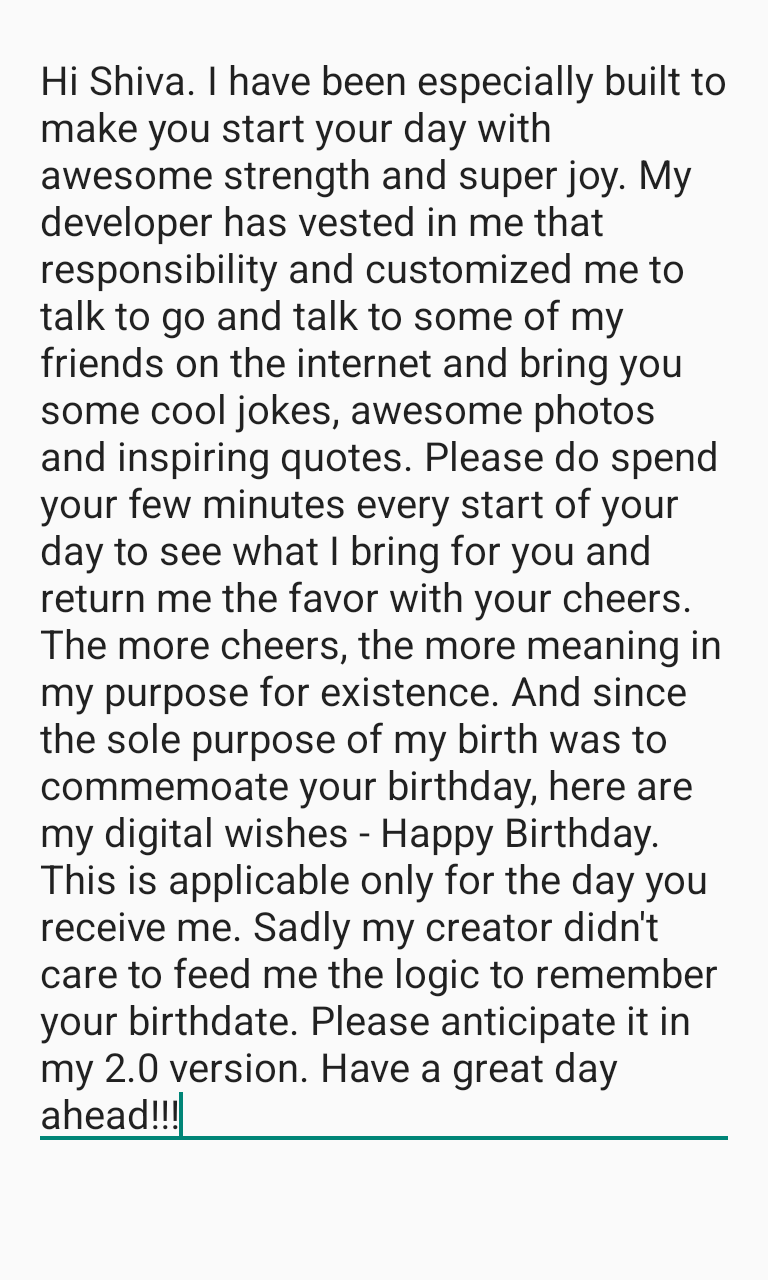
Repository: gitvas/FewMinutesEveryday
Layout: WorkspaceOne/FewMinutesEveryday/res/layout/activity_main.xml
These files come from the project's save history. The layout is drawn as it stood at one moment and after the next save; the edit follows.
It is drawn on a 768 x 1280 px phone screen (xhdpi) without system bars, with theme AppTheme; the app's code is not run.

Above is the layout before, as saved 2014-08-18 16:14:42.

### WorkspaceOne/FewMinutesEveryday/res/layout/activity_main.xml
<RelativeLayout xmlns:android="http://schemas.android.com/apk/res/android"
    xmlns:tools="http://schemas.android.com/tools"
    android:layout_width="match_parent"
    android:layout_height="match_parent"
    android:paddingBottom="@dimen/activity_vertical_margin"
    android:paddingLeft="@dimen/activity_horizontal_margin"
    android:paddingRight="@dimen/activity_horizontal_margin"
    android:paddingTop="@dimen/activity_vertical_margin"
    tools:context="com.sreenivas.fewminuteseveryday.MainActivity" >

    <EditText
        android:id="@+id/editText1"
        android:layout_width="fill_parent"
        android:layout_height="wrap_content"
        android:layout_centerHorizontal="true"
        android:textSize="20sp"
        android:ems="10"
        android:inputType="textMultiLine"
        android:text="@string/intro_text" >

        <requestFocus />
    </EditText>

</RelativeLayout>

### WorkspaceOne/FewMinutesEveryday/res/values/strings.xml
<?xml version="1.0" encoding="utf-8"?>
<resources>

    <string name="app_name">FewMinutesEveryday</string>
    <string name="action_settings">Settings</string>
    <string name="intro_text">Hi Shiva. I have been especially built to make you start your day with awesome strength and super joy. My developer has vested in me that responsibility and customized me to talk to go and talk to some of my friends on the internet and bring you some cool jokes, awesome photos and inspiring quotes. Please do spend your few minutes every start of your day to see what I bring for you and return me the favor with your cheers. The more cheers, the more meaning in my purpose for existence. And since the sole purpose of my birth was to commemoate your birthday, here are my digital wishes - &quot;Happy Birthday&quot;. This is applicable only for the day you receive me. Sadly my creator didn\'t care to feed me the logic to remember your birthdate. Please anticipate it in my 2.0 version. Have a great day ahead!!!</string>

</resources>

Loaded but not shown: WorkspaceOne/FewMinutesEveryday/res/values/styles.xml (common file); WorkspaceOne/FewMinutesEveryday/res/values-v11/styles.xml (common file); WorkspaceOne/FewMinutesEveryday/res/values-v14/styles.xml (common file); WorkspaceOne/FewMinutesEveryday/res/values/dimens.xml (common file); WorkspaceOne/FewMinutesEveryday/res/values-w820dp/dimens.xml (common file)

After the next save:
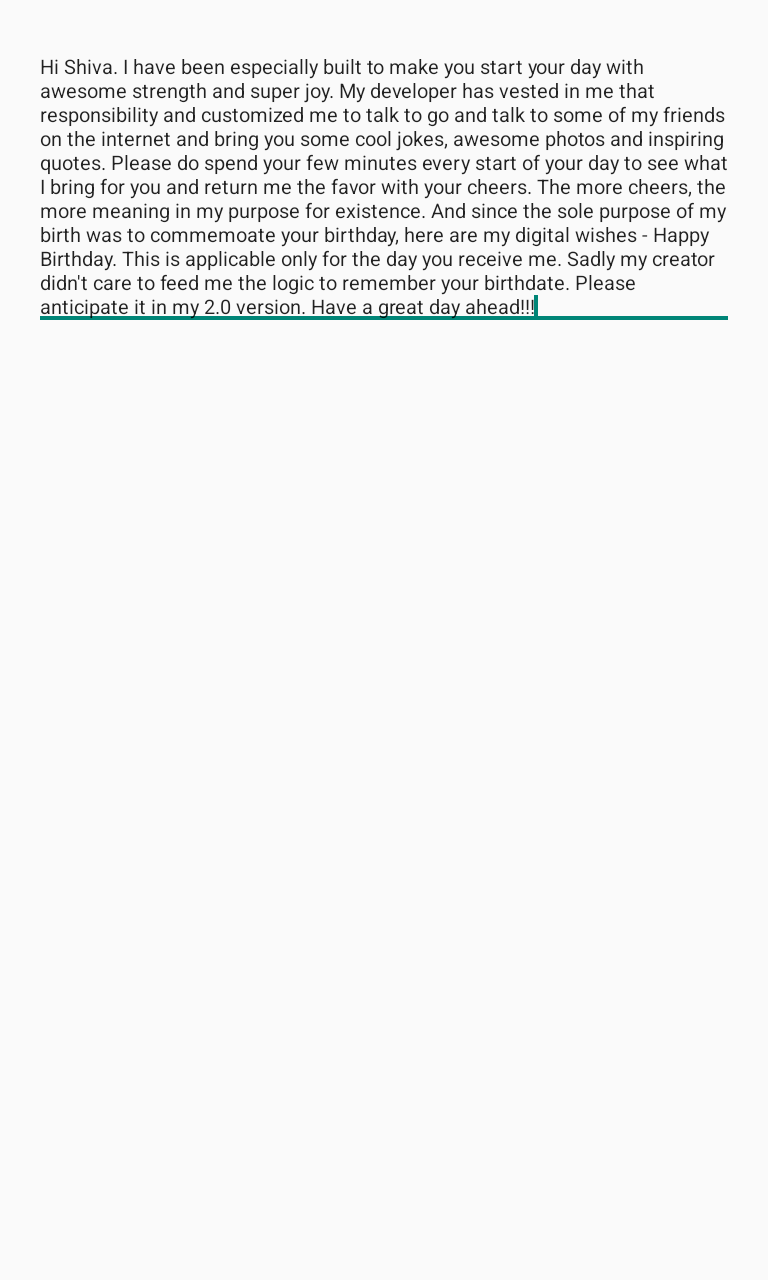
Saved 11 s later.
--- a/WorkspaceOne/FewMinutesEveryday/res/layout/activity_main.xml
+++ b/WorkspaceOne/FewMinutesEveryday/res/layout/activity_main.xml
@@ -13,7 +13,7 @@
         android:layout_width="fill_parent"
         android:layout_height="wrap_content"
         android:layout_centerHorizontal="true"
-        android:textSize="20sp"
+        android:textSize="10sp"
         android:ems="10"
         android:inputType="textMultiLine"
         android:text="@string/intro_text" >
